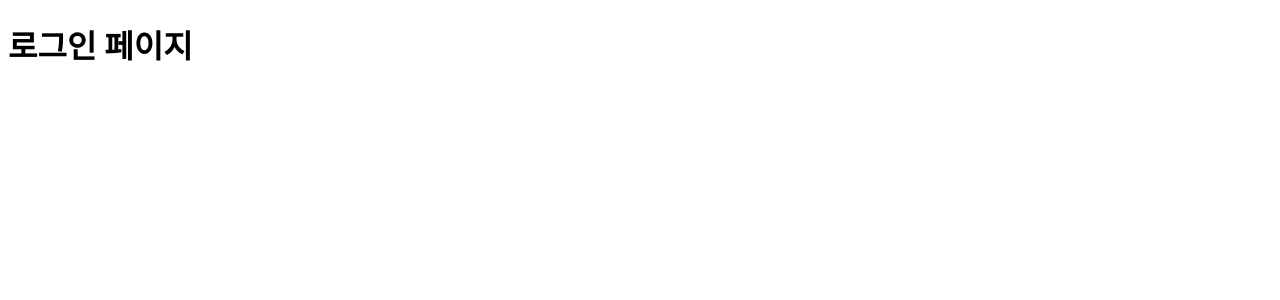
Repository: mycom0216/JSP
Page: http://localhost/MavenTest/ex02Login.jsp
An editor plug-in stored every save of this project. The page is shown before and after the next save, followed by the edit.
The browser window is 1280 px wide. The pictures show the whole page.
The page is served by Tomcat 9.

Above is the page before, as saved 2023-01-09 00:34:47.

After the next save:
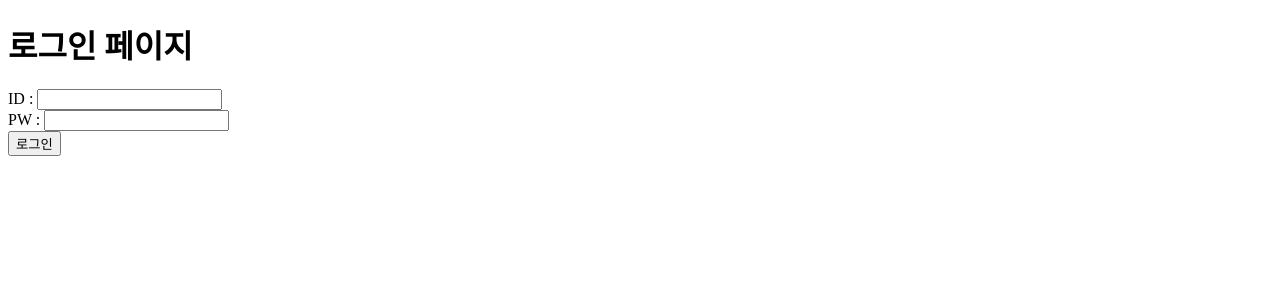
Saved 54 min 19 s later.
--- a/WebServer/MavenTest/src/main/webapp/ex02Login.jsp
+++ b/WebServer/MavenTest/src/main/webapp/ex02Login.jsp
@@ -8,5 +8,12 @@
 </head>
 <body>
 	<h1>로그인 페이지</h1>
+	<form action="">
+		ID : <input type="text" name="id">
+		<br>
+		PW : <input type="password" name="pw">
+		<br>
+		<input type="submit" value="로그인">
+	</form>
 </body>
 </html>
